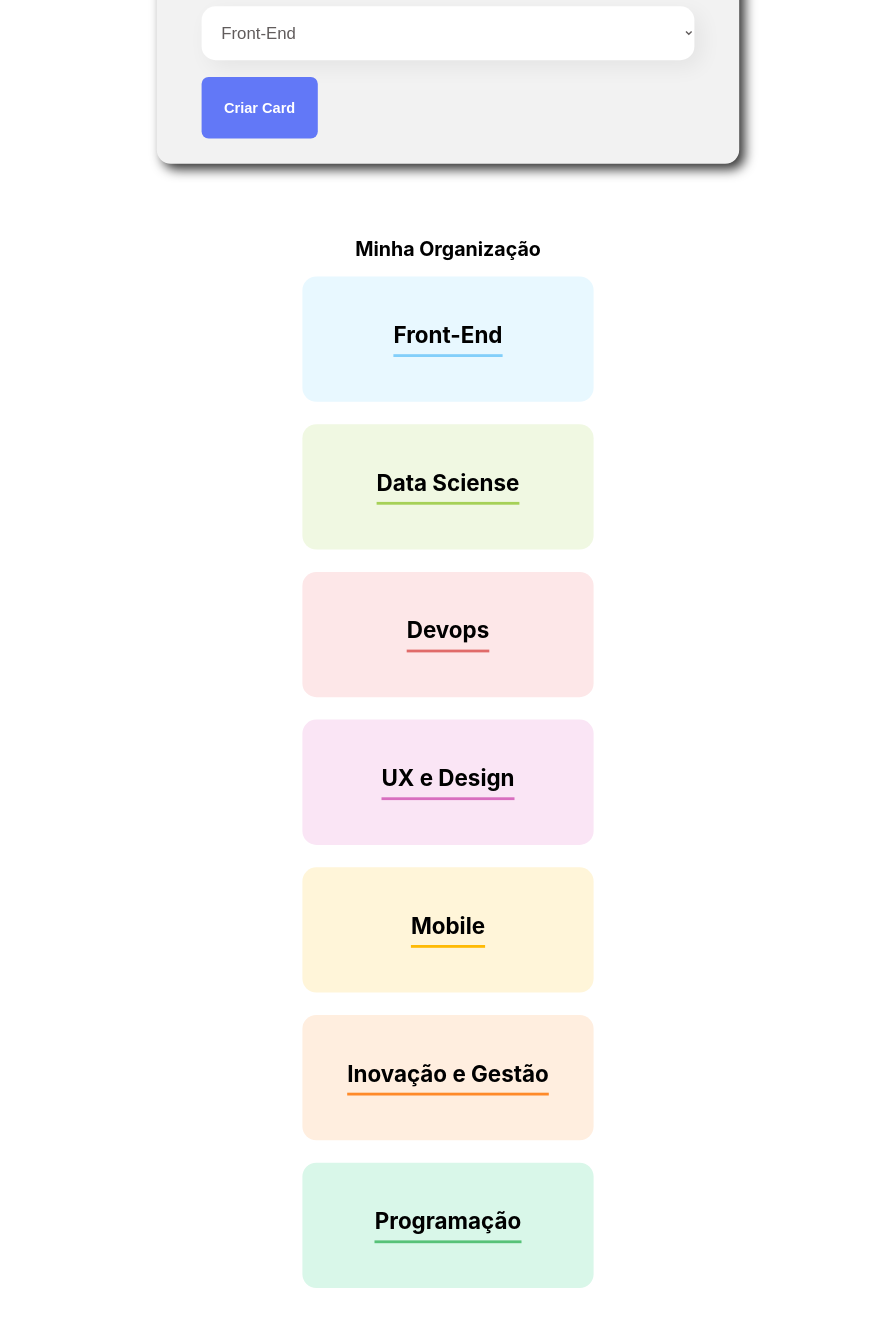
Repository: guilhermecardoso93/organo
Page: /
An editor plug-in stored every save of this project. The page is shown before and after the next save, followed by the edit.
The browser window is 1280 px wide. The pictures show the part of the page from y = 1170 to 3090 px (the page is 3090 px tall before and 3055 px after), at 70% of full size.
The project was rebuilt for these pictures with package versions that can differ from the ones it lists, and the page was loaded fresh each time.

Above is the page before, as saved 2024-05-27 18:46:29.

After the next save:
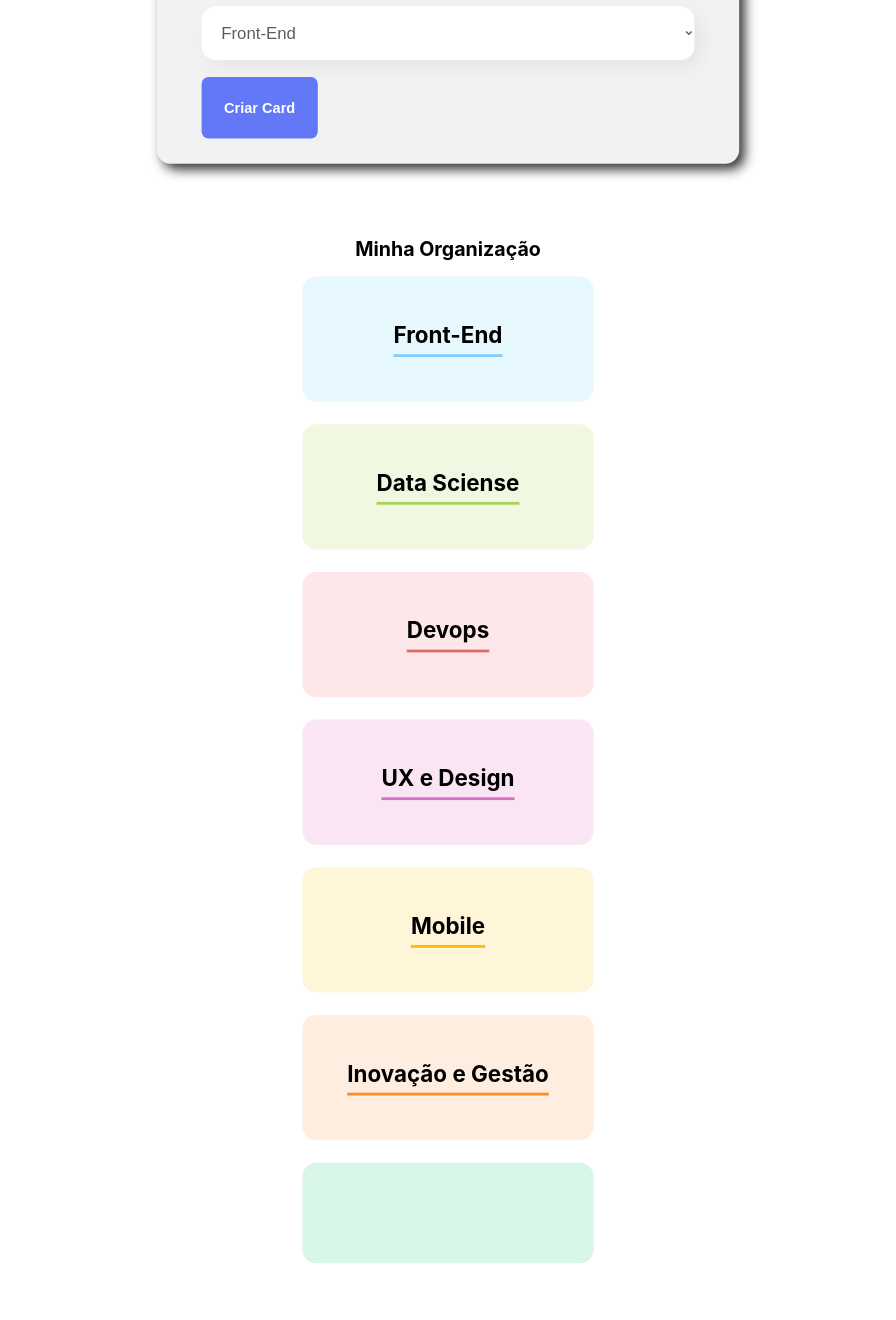
Saved 27 s later.
--- a/src/components/Times/index.js
+++ b/src/components/Times/index.js
@@ -1,3 +1,5 @@
+import Imagem from "../../assets/imagens/logo.png";
+
 import { Time } from "./components/Time";
 
 import "./styles.css";
@@ -34,12 +36,11 @@ export function Times(props) {
       corSecundaria: "#FFEEDF",
     },
     {
-      name: "Programação",
+      nome: "Programação",
       corPrimaria: "#57C278",
       corSecundaria: "#D9F7E9",
     },
   ];
-
   return (
     <div className="times-container-main">
       <div>
@@ -52,6 +53,7 @@ export function Times(props) {
             key={index}
             corPrimaria={time.corPrimaria}
             corSecundaria={time.corSecundaria}
+            colaboradores={props.colaboradores.filter(colaborador => colaborador.time === time.nome)}
           />
         ))}
       </div>
